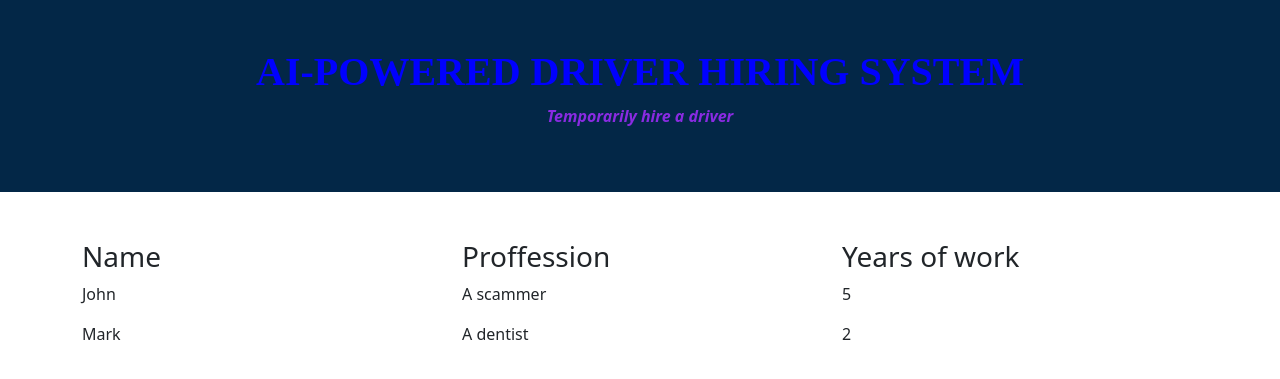
Repository: Wuda2000/AI-powered-Driver-hiring-system
Page: ONE.html
An editor plug-in stored every save of this project. The page is shown before and after a run of saves, followed by the edit.
The browser window is 1280 px wide. The pictures show the whole page.

Above is the page before, as saved 2024-12-23 22:37:03.

### ONE.html
<!DOCTYPE html>
<html lang="en">
<head>
  <title>Bootstrap 5 Example</title>
  <meta charset="utf-8">
  <meta name="viewport" content="width=device-width, initial-scale=1">
  <link href="https://cdn.jsdelivr.net/npm/bootstrap@5.3.3/dist/css/bootstrap.min.css" rel="stylesheet">
  <script src="https://cdn.jsdelivr.net/npm/bootstrap@5.3.3/dist/js/bootstrap.bundle.min.js"></script>
</head>
<body>


    <div class="container-fluid p-5 text-white text-center" style="background-color:rgb(3, 39, 71);">
        <h1 style="color: blue; font-family:'Times New Roman', Times, serif; " ><b>AI-POWERED DRIVER HIRING SYSTEM</b></h1>
        <p style="color: blueviolet;font-style:italic;"><b>Temporarily hire a driver</b></p>
      </div>

      <div class="container mt-5">
        <div class="row">
          <div class="col-sm-4">
            <h3>Name</h3>
            <p>John</p>
            <p>Mark</p>
          </div>
          <div class="col-sm-4">
            <h3>Proffession</h3>
            <p>A scammer</p>
            <p>A dentist</p>
          </div>
          <div class="col-sm-4">
            <h3>Years of work</h3>
            <p>5</p>
            <p>2</p>
          </div>
        </div>
      </div>
</body>
</html>

After the next 3 saves:
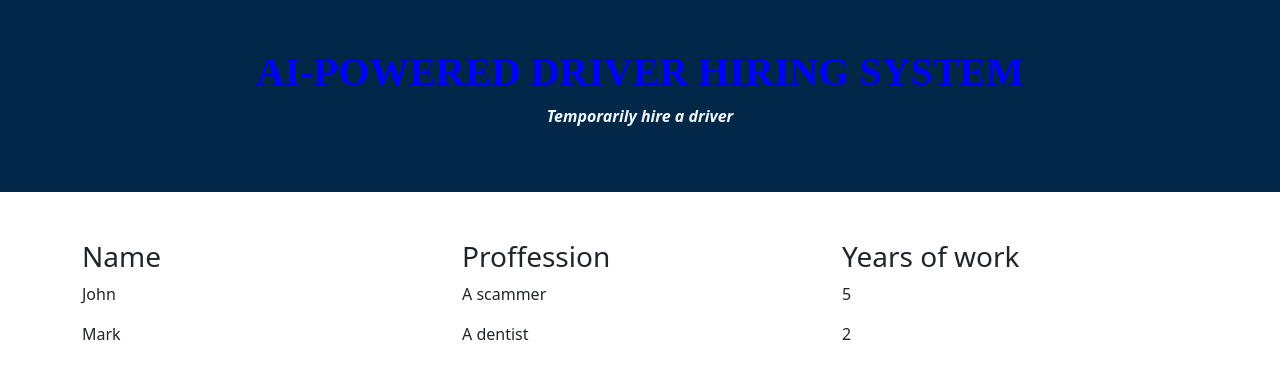
The 3 saves are shown as one change because they came seconds apart.
The last was saved 25 s later.
--- a/ONE.html
+++ b/ONE.html
@@ -12,7 +12,7 @@
 
     <div class="container-fluid p-5 text-white text-center" style="background-color:rgb(3, 39, 71);">
         <h1 style="color: blue; font-family:'Times New Roman', Times, serif; " ><b>AI-POWERED DRIVER HIRING SYSTEM</b></h1>
-        <p style="color: blueviolet;font-style:italic;"><b>Temporarily hire a driver</b></p>
+        <p style="color:aliceblue;font-style:italic;"><b>Temporarily hire a driver</b></p>
       </div>
 
       <div class="container mt-5">
